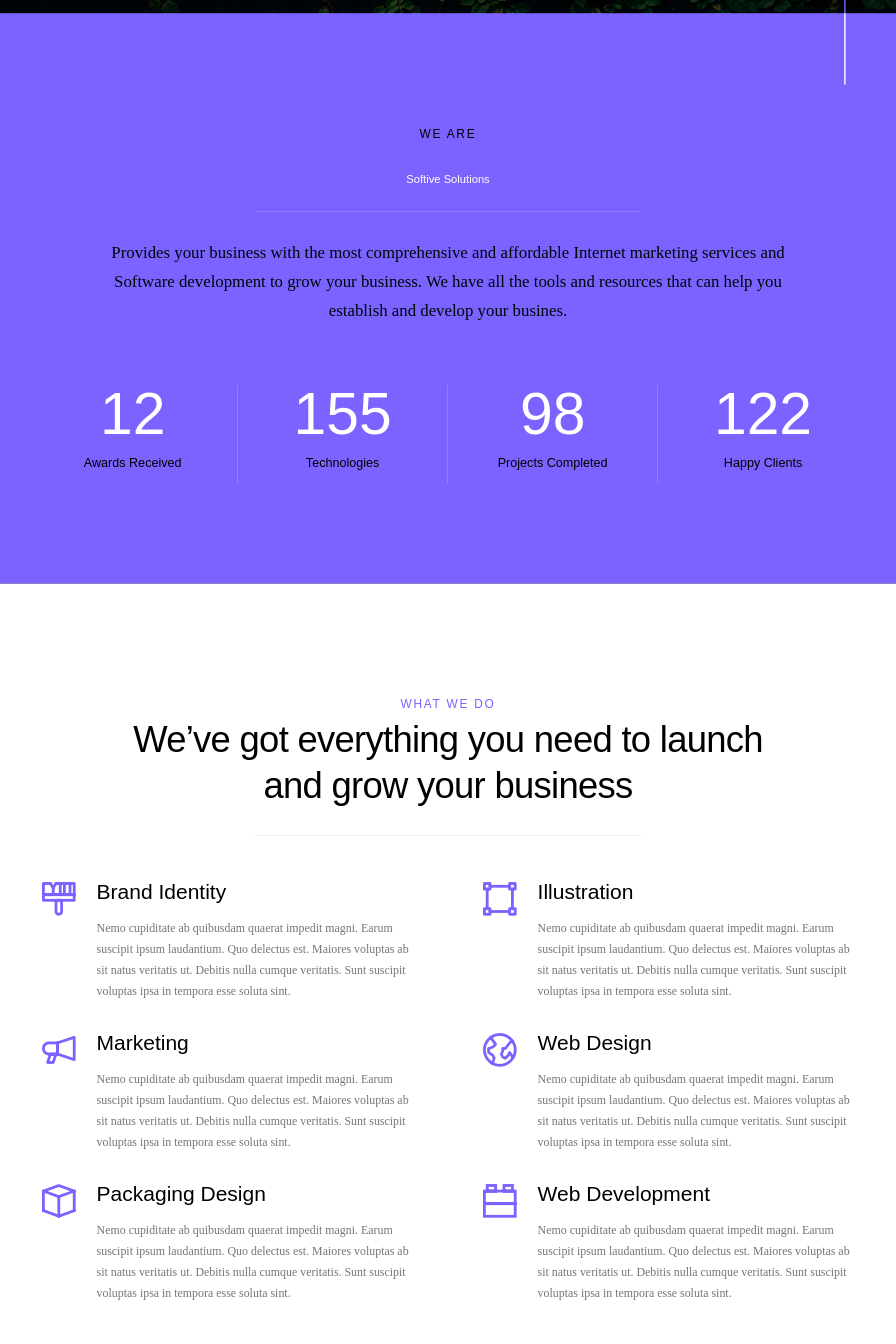
Repository: ahsankalim09/light-Agency
Page: index.html
These files come from the project's save history. The page is drawn as it stood at one moment and after the next save; the edit follows.
The browser window is 1280 px wide. The pictures show the part of the page from y = 767 to 2687 px (the page is 8326 px tall before and 8365 px after), at 70% of full size.
Some web fonts or font styles are not loaded; a fallback is used.

Above is the page before, as saved 2020-12-27 19:29:57.

After the next save:
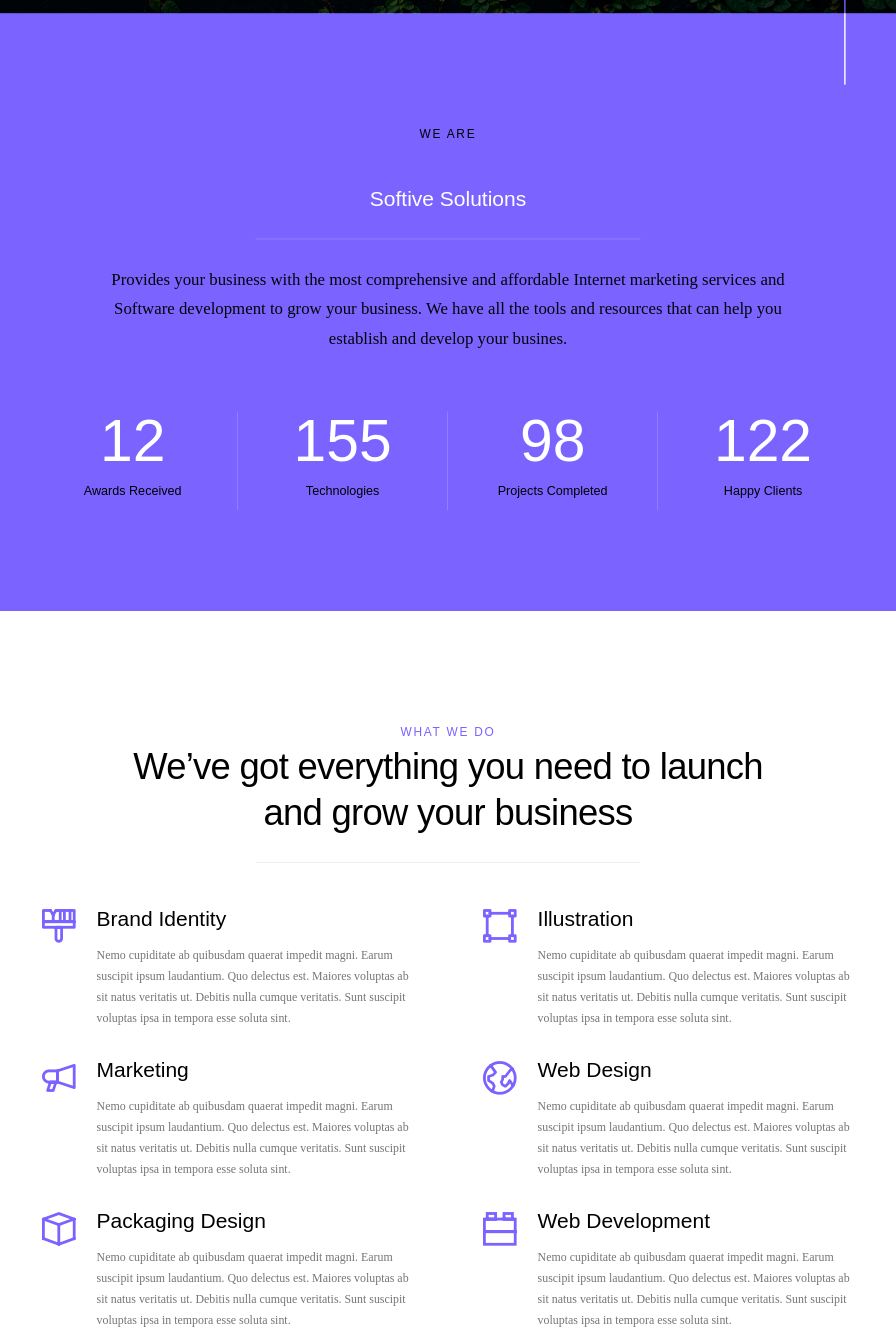
Saved 10 s later.
--- a/index.html
+++ b/index.html
@@ -122,7 +122,7 @@ More About Us
 <div class="row section-header has-bottom-sep" data-aos="fade-up">
 <div class="col-full">
 <h3 class="subhead subhead--dark">We Are</h3>
-<h5 class=" display-1--light">Softive Solutions</h5>
+<h2 class=" display-1--light">Softive Solutions</h2>
 </div>
 </div>
 <div class="row about-desc" data-aos="fade-up">
